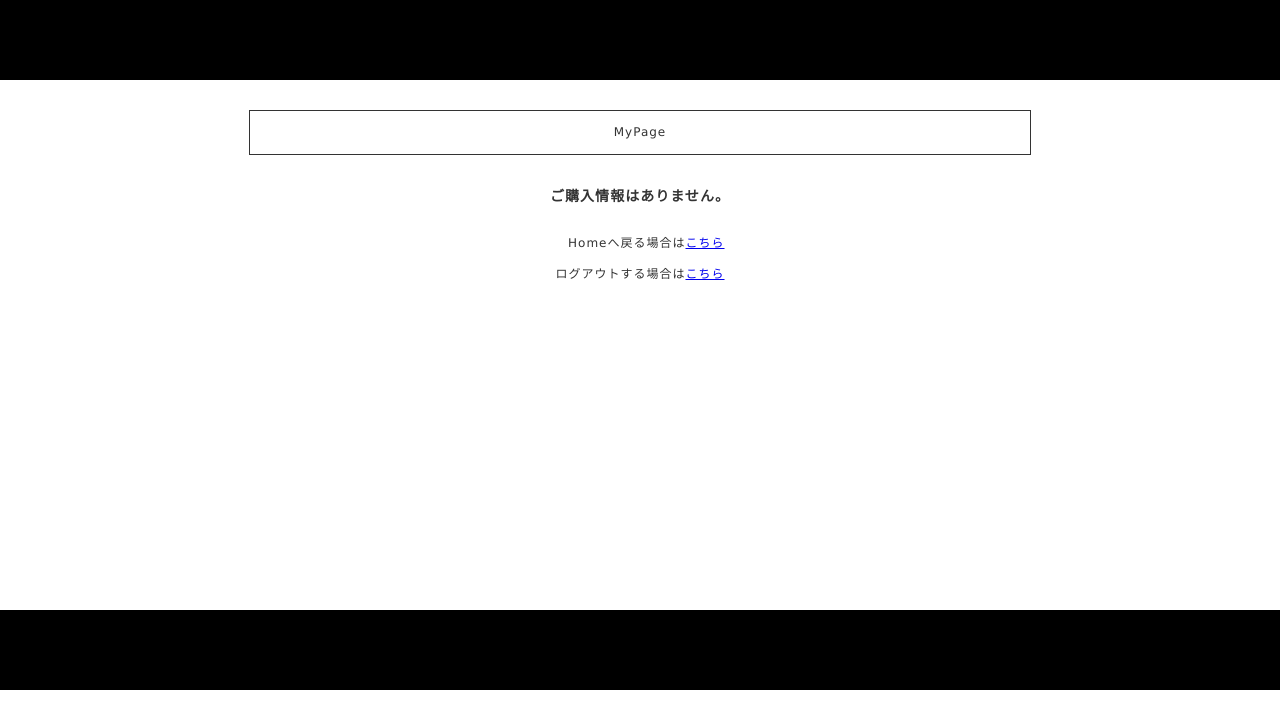
Repository: RyunosukeSaiga0816/test
Page: http://localhost/ecsite/myPage.jsp
These files come from the project's save history. The page is drawn as it stood at one moment and after the next save; the edit follows.
The browser window is 1280 px wide. The pictures show the whole page.
The page is served by Tomcat 9. Other server files are loaded and not shown.

Above is the page before, as saved 2018-07-27 00:58:06.

### ecsite/WebContent/myPage.jsp
<%@ page language="java" contentType="text/html; charset=UTF-8"
    pageEncoding="UTF-8"%>
<%@ taglib prefix="s" uri="/struts-tags" %>
<!DOCTYPE html>
<html>
	<head>
		<meta http-equiv="Content-Type" content="text/html; charset=utf-8"/>
		<meta http-equiv="Content-Style-Type" content="text/css"/>
		<meta http-equiv="Content-Script-Type" content="text/javascript"/>
		<meta http-equiv="imagetoolbar" content="no"/>
		<meta name="description" content=""/>
		<meta name="keywords" content=""/>
		<title>MyPage画面</title>

		<style type="text/css">

			/*=======TAG LAYOUT========*/
			body{
				margin:0;
				padding:0;
				line-height:1.6;
				letter-spacing:1px;
				font-family:Verdana,Helvetica,sans-serif;
				font-size:12px;
				color:#333;
				background:#fff;
			}
			table{
				text-align:center;
				margin:0 auto;
			}

			/*========ID LAYOUT========*/
			#top{
				width:780px;
				margin:30px auto;
				border:1px solid #333;
			}
			#header{
				width:100%;
				height:80px;
				background-color:black;
			}
			#main{
				width:100%;
				height:500px;
				text-align:center;
			}
			#footer{
				width:100%;
				height:80px;
				background-color:black;
				clear:both;
			}
			#text-right{
				display:inline-block;
				text-align:right;
			}
		</style>
	</head>
	<body>
		<div id="header">
			<div id="pr">
			</div>
		</div>
		<div id="main">
			<div id="top">
				<p>MyPage</p>
			</div>
			<div>
				<s:if test="myPageList==null">
					<h3>ご購入情報はありません。</h3>
				</s:if>
				<s:elseif test="message==null">
					<h3>ご購入情報は以下になります。</h3>
					<table border="1">
						<tr>
							<th>商品名</th>
							<th>値段</th>
							<th>購入個数</th>
							<th>支払い方法</th>
							<th>購入日</th>
						</tr>
						<s:iterator value="myPageList">
							<tr>
								<td><s:property value="itemName"/></td>
								<td><s:property value="buyItem_price"/><span>円</span></td>
								<td><s:property value="stock"/><span>個</span></td>
								<td><s:property value="payment"/></td>
								<td><s:property value="insert_date"/></td>
							</tr>
						</s:iterator>
					</table>
					<s:form action="MyPageAction">
						<input type="hidden" name="deleteFlg" value="1">
						<s:submit value="削除" method="delete"/>
					</s:form>
				</s:elseif>
				<s:if test="message !=null">
					<h3><s:property value="message"/></h3>
				</s:if>
				<div id="text-right">
					<p>Homeへ戻る場合は<a href='<s:url action="GoHomeAction"/>'>こちら</a></p>
					<p>ログアウトする場合は<a href='<s:url action="LogoutAction"/>'>こちら</a></p>
				</div>
			</div>
		</div>
		<div id="footer">
			<div id="pr">
			</div>
		</div>
	</body>
</html>

After the next save:
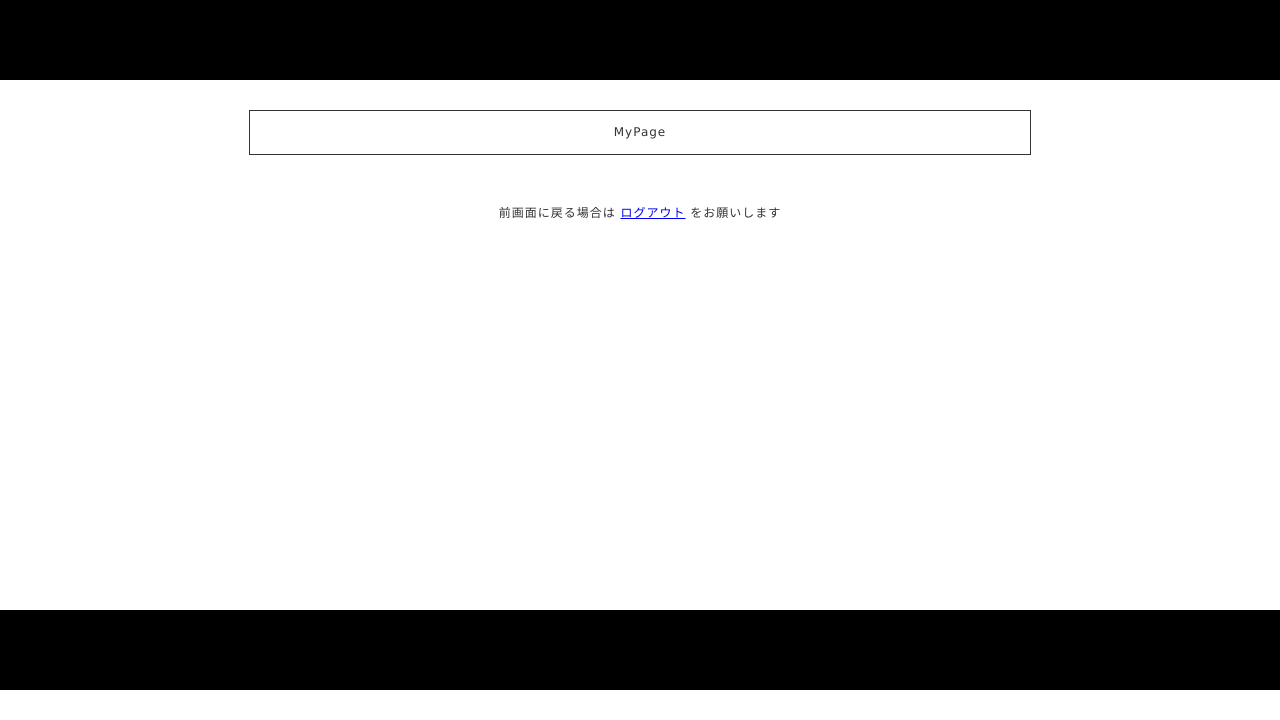
Saved 34 min 35 s later.
--- a/ecsite/WebContent/myPage.jsp
+++ b/ecsite/WebContent/myPage.jsp
@@ -68,40 +68,39 @@
 				<p>MyPage</p>
 			</div>
 			<div>
-				<s:if test="myPageList==null">
-					<h3>ご購入情報はありません。</h3>
-				</s:if>
-				<s:elseif test="message==null">
+				<s:if test="session.message==''">
 					<h3>ご購入情報は以下になります。</h3>
-					<table border="1">
+					<table>
 						<tr>
-							<th>商品名</th>
-							<th>値段</th>
-							<th>購入個数</th>
-							<th>支払い方法</th>
-							<th>購入日</th>
+							<td>商品名<td>
+							<td><s:property value="session.buyItem_name"/></td>
 						</tr>
-						<s:iterator value="myPageList">
-							<tr>
-								<td><s:property value="itemName"/></td>
-								<td><s:property value="buyItem_price"/><span>円</span></td>
-								<td><s:property value="stock"/><span>個</span></td>
-								<td><s:property value="payment"/></td>
-								<td><s:property value="insert_date"/></td>
-							</tr>
-						</s:iterator>
+						<tr>
+							<td>値段</td>
+							<td><s:property value="session.total_price"/><span>円</span></td>
+						</tr>
+						<tr>
+							<td>購入個数</td>
+							<td><s:property value="session.total_count"/><span>個</span></td>
+						</tr>
+						<tr>
+							<td>支払い方法</td>
+							<td><s:property value="session.total_payment"/></td>
+						</tr>
 					</table>
 					<s:form action="MyPageAction">
 						<input type="hidden" name="deleteFlg" value="1">
 						<s:submit value="削除" method="delete"/>
 					</s:form>
-				</s:elseif>
-				<s:if test="message !=null">
-					<h3><s:property value="message"/></h3>
 				</s:if>
-				<div id="text-right">
-					<p>Homeへ戻る場合は<a href='<s:url action="GoHomeAction"/>'>こちら</a></p>
-					<p>ログアウトする場合は<a href='<s:url action="LogoutAction"/>'>こちら</a></p>
+				<s:if test="session.message !=null">
+					<h3><s:property value="session.message"/></h3>
+				</s:if>
+				<div>
+					<br>
+					<span>前画面に戻る場合は</span>
+					<a href='<s:url action="HomeAction"/>'>ログアウト</a>
+					<span>をお願いします</span>
 				</div>
 			</div>
 		</div>
